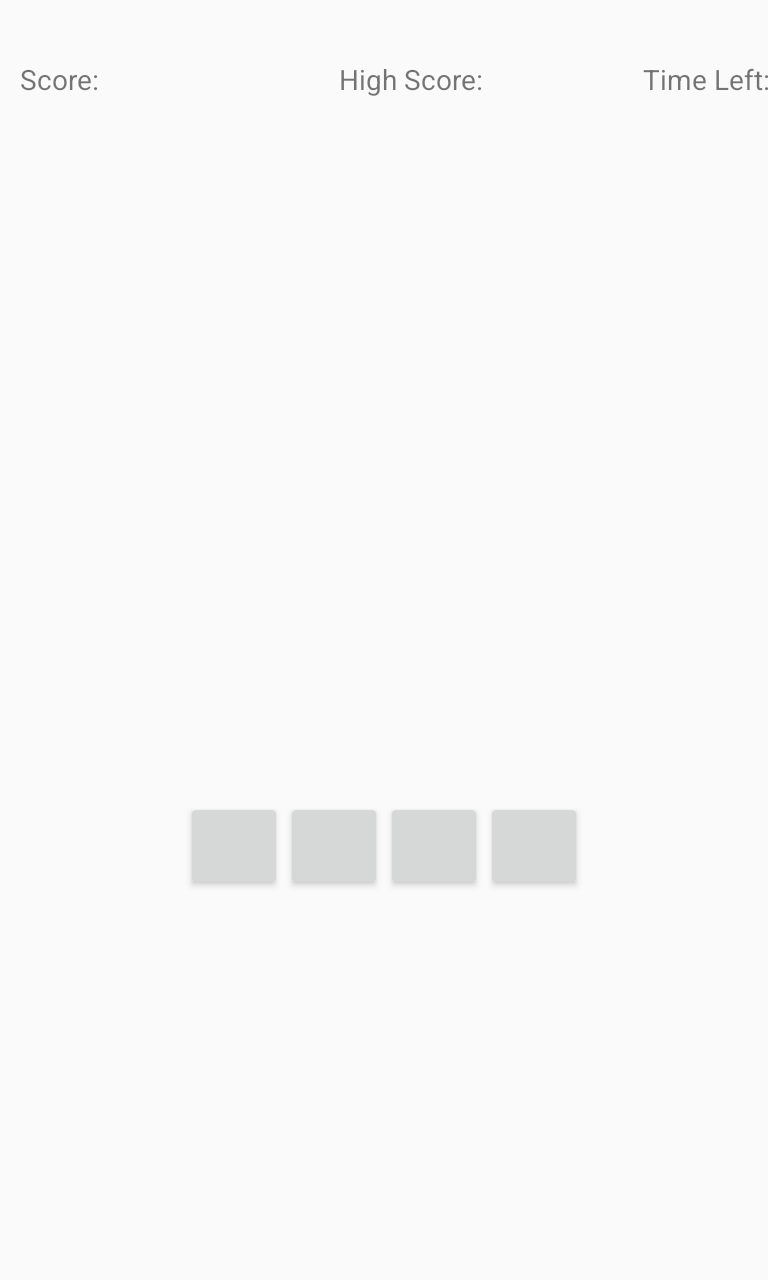
Repository: JoanneCaroll/Mathbomb
Layout: MathBomb/res/layout/activity_startgame.xml
An editor plug-in stored every save of this project. The layout is shown before and after the next save, followed by the edit.
It is drawn on a 768 x 1280 px phone screen (xhdpi) without system bars, with theme AppTheme; the app's code is not run.

Above is the layout before, as saved 2014-11-12 11:06:07.

### MathBomb/res/layout/activity_startgame.xml
<LinearLayout xmlns:android="http://schemas.android.com/apk/res/android"
    android:layout_gravity="center"
    android:orientation="vertical"
    android:layout_width="match_parent"
    android:layout_height="match_parent">

	<TableLayout
	    android:layout_width="match_parent"
	    android:layout_height="wrap_content"
	    android:orientation="horizontal">
	    <TableRow>
		    <TextView
		        android:padding="10dp"
		        android:id="@+id/score"
		        android:layout_width="wrap_content"
		        android:layout_height="wrap_content"
		        android:text="@string/score"/>
		    <TextView
		        android:id="@+id/showscore"
		        android:layout_width="100dp"
		        android:layout_height="wrap_content"/>
		    <TextView
		        android:padding="10dp"
		        android:id="@+id/highscore"
		        android:layout_width="wrap_content"
		        android:layout_height="wrap_content"
		        android:text="@string/highscore"/>
		    <TextView
		        android:padding="30dp"
		        android:id="@+id/showhighscore"
		        android:layout_width="wrap_content"
		        android:layout_height="wrap_content"/>
		   <TextView
		        android:padding="10dp"
		        android:id="@+id/time"
		        android:layout_width="wrap_content"
		        android:layout_height="wrap_content"
		        android:text="@string/timeleft"/>
		    <TextView
		        android:padding="30dp"
		        android:id="@+id/showtimeleft"
		        android:layout_width="wrap_content"
		        android:layout_height="wrap_content"/>
	    </TableRow>
	</TableLayout>

    <RelativeLayout
            android:gravity="center"
            android:layout_width="match_parent"
            android:layout_height="wrap_content"
            android:padding="10dp">
	     <TextView
		    android:id="@+id/integer1"
		    android:layout_width="wrap_content"
		    android:layout_height="wrap_content"
		    android:padding="5dp"
		    android:textSize="50dp"/>
		 <TextView
		    android:layout_toRightOf="@id/integer1"
		    android:id="@+id/operator"
		    android:layout_width="wrap_content"
		    android:layout_height="wrap_content"
		    android:padding="5dp"
		    android:textSize="50dp" />
		 <TextView
		    android:layout_toRightOf="@id/operator"
		    android:id="@+id/integer2"
		    android:layout_width="wrap_content"
		    android:layout_height="wrap_content"
		    android:padding="5dp"
		    android:textSize="50dp" />
    </RelativeLayout>

	<TextView
	    	android:layout_gravity="center"
		    android:id="@+id/showresult"
		    android:layout_width="wrap_content"
		    android:layout_height="wrap_content"
		    android:textSize="15dp"
		    android:textStyle="bold"
		    android:padding="5dp" />

	<RelativeLayout
	        android:layout_width="match_parent"
	        android:layout_height="wrap_content"
	        android:gravity="center">
		    <Button
		        android:layout_alignParentBottom="true"
		        android:id="@+id/choice1"
		        android:layout_width="50dp"
		        android:layout_height="wrap_content"/>
		    <Button
		        android:layout_alignParentBottom="true"
		        android:id="@+id/choice2"
		        android:layout_toRightOf="@id/choice1"
		        android:layout_width="50dp"
		        android:layout_height="wrap_content"/>
		    <Button
		        android:layout_alignParentBottom="true"
		        android:id="@+id/choice3"
		        android:layout_toRightOf="@id/choice2"
		        android:layout_width="50dp"
		        android:layout_height="wrap_content"/>
		     <Button
		        android:layout_alignParentBottom="true"
		        android:id="@+id/choice4"
		        android:layout_toRightOf="@id/choice3"
		        android:layout_width="50dp"
		        android:layout_height="wrap_content"/>
	</RelativeLayout>
</LinearLayout>

### MathBomb/res/values/strings.xml
<?xml version="1.0" encoding="utf-8"?>
<resources>

    <string name="app_name">MathBomb</string>
    <string name="action_settings">Settings</string>
    <string name="score">Score: </string>
    <string name="timeleft">Time Left: </string>
    <string name="highscore">High Score: </string>
    <string name="highscoretitle">HIGH SCORE</string>
    <string name="ok">Ok</string>
	<string name="setRange">Choose Range of Numbers: </string>

	<string name="menuplay">Play!</string>
	<string name="menuhighscore">High Score</string>
	<string name="menuhowtoplay">How to Play</string>
	<string name="menusettings">Settings</string>
	<string name="menuexit">Exit</string>

</resources>

Loaded but not shown: MathBomb/res/values/styles.xml (common file); MathBomb/res/values-v11/styles.xml (common file); MathBomb/res/values-v14/styles.xml (common file)

After the next save:
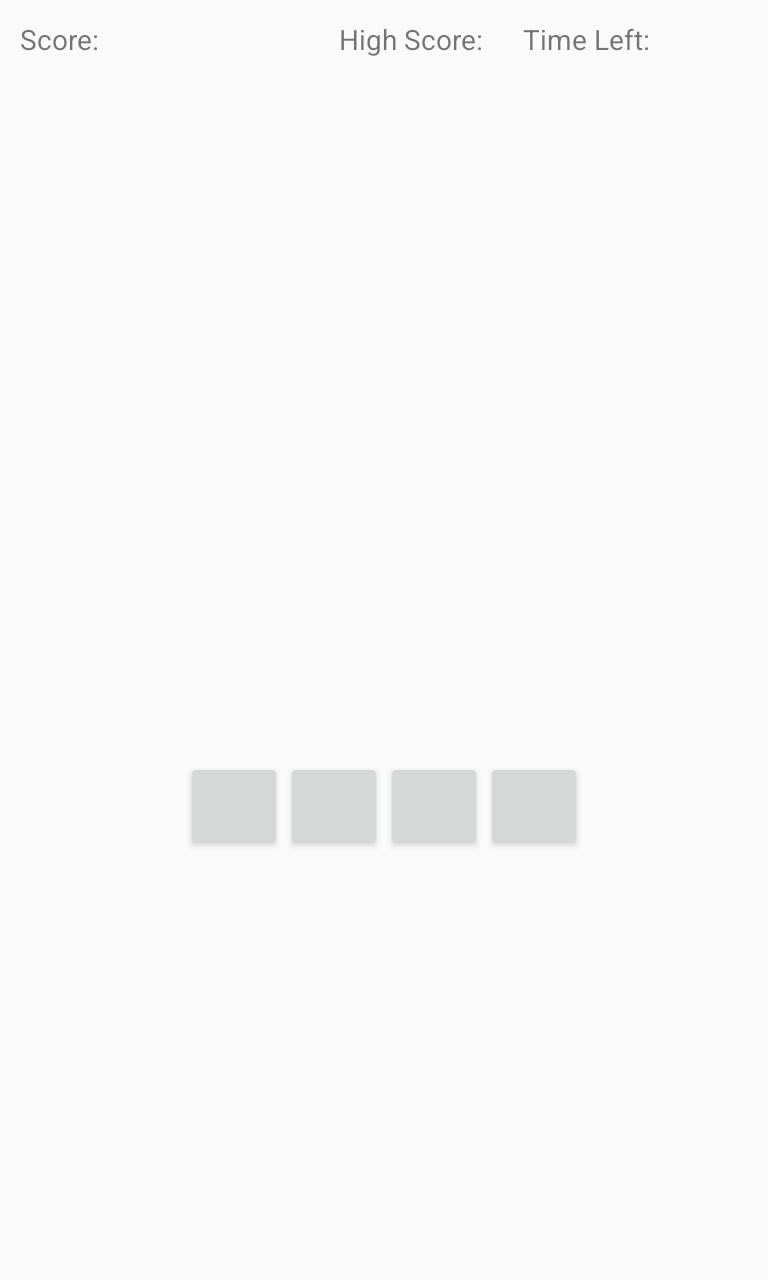
Saved 29 s later.
--- a/MathBomb/res/layout/activity_startgame.xml
+++ b/MathBomb/res/layout/activity_startgame.xml
@@ -26,7 +26,6 @@
 		        android:layout_height="wrap_content"
 		        android:text="@string/highscore"/>
 		    <TextView
-		        android:padding="30dp"
 		        android:id="@+id/showhighscore"
 		        android:layout_width="wrap_content"
 		        android:layout_height="wrap_content"/>
@@ -37,7 +36,6 @@
 		        android:layout_height="wrap_content"
 		        android:text="@string/timeleft"/>
 		    <TextView
-		        android:padding="30dp"
 		        android:id="@+id/showtimeleft"
 		        android:layout_width="wrap_content"
 		        android:layout_height="wrap_content"/>
